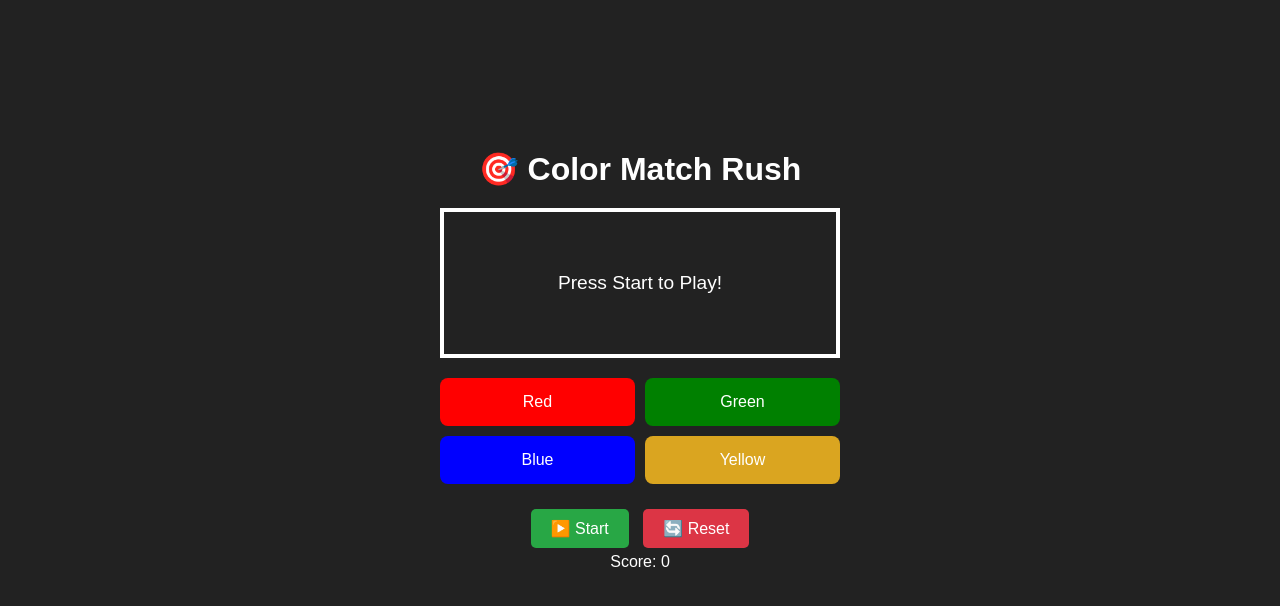
Repository: alokanand524/anand-portfolio
Page: games/color-match-game/index.html
The author's editor kept a copy of each file at every save. The page is drawn from the files as they stood at one save, then again after the next save.
The browser window is 1280 px wide. The pictures show the whole page.

Above is the page before, as saved 2025-07-31 16:23:41.

After the next save:
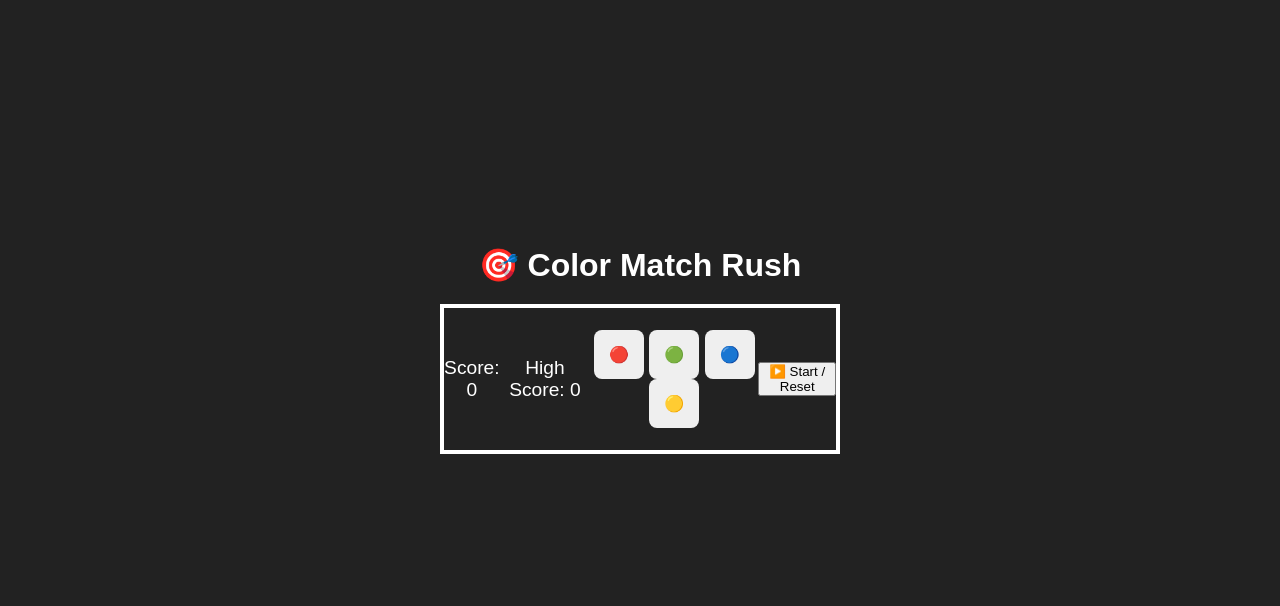
Console error: TypeError: Cannot read properties of null (reading 'addEventListener')
Saved 2 min 1 s later.
--- a/games/color-match-game/index.html
+++ b/games/color-match-game/index.html
@@ -3,30 +3,28 @@
 <head>
   <meta charset="UTF-8" />
   <meta name="viewport" content="width=device-width, initial-scale=1.0"/>
-  <title>🎨 Color Match Rush</title>
-  <link rel="stylesheet" href="style.css">
+  <title>🎯 Color Match Rush</title>
+  <link rel="stylesheet" href="style.css" />
 </head>
 <body>
-
   <div class="container">
     <h1>🎯 Color Match Rush</h1>
-    <div class="game-box" id="gameBox">
-      <p id="message">Press Start to Play!</p>
+
+    <div class="game-box" id="game-box">
+      <div id="timer-bar"></div>
+
+      <p id="score">Score: 0</p>
+      <p id="high-score">High Score: 0</p>
+
+      <div class="buttons">
+        <button class="color-btn" data-color="red">🔴</button>
+        <button class="color-btn" data-color="green">🟢</button>
+        <button class="color-btn" data-color="blue">🔵</button>
+        <button class="color-btn" data-color="yellow">🟡</button>
+      </div>
+
+      <button id="start-btn">▶️ Start / Reset</button>
     </div>
-
-    <div class="btn-group">
-      <button class="color-btn red" data-color="red">Red</button>
-      <button class="color-btn green" data-color="green">Green</button>
-      <button class="color-btn blue" data-color="blue">Blue</button>
-      <button class="color-btn yellow" data-color="yellow">Yellow</button>
-    </div>
-
-    <div class="controls">
-      <button id="startBtn">▶️ Start</button>
-      <button id="resetBtn">🔄 Reset</button>
-    </div>
-
-    <p>Score: <span id="score">0</span></p>
   </div>
 
   <script src="script.js"></script>
